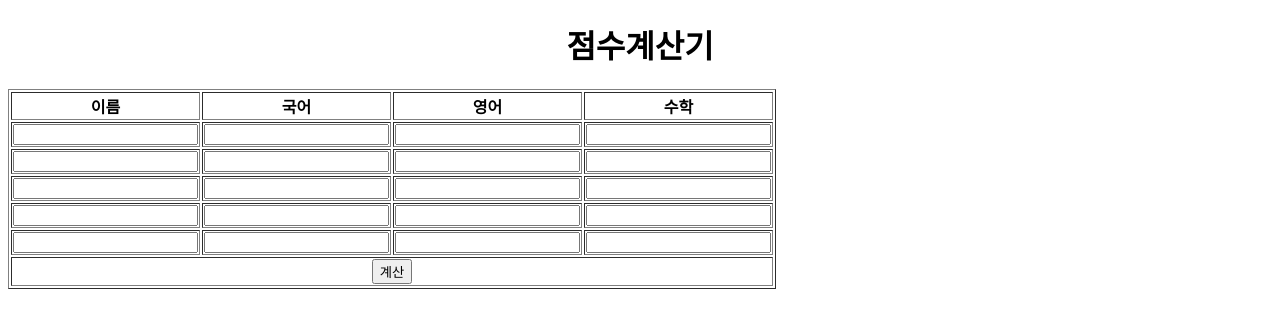
Repository: hjh5217/newJSP
Page: http://localhost/jspProj/subject/sumAvg.jsp
An editor plug-in stored every save of this project. The page is shown before and after the next save, followed by the edit.
The browser window is 1280 px wide. The pictures show the whole page.
The page is served by Tomcat 9.

Above is the page before, as saved 2023-07-27 08:08:23.

After the next save:
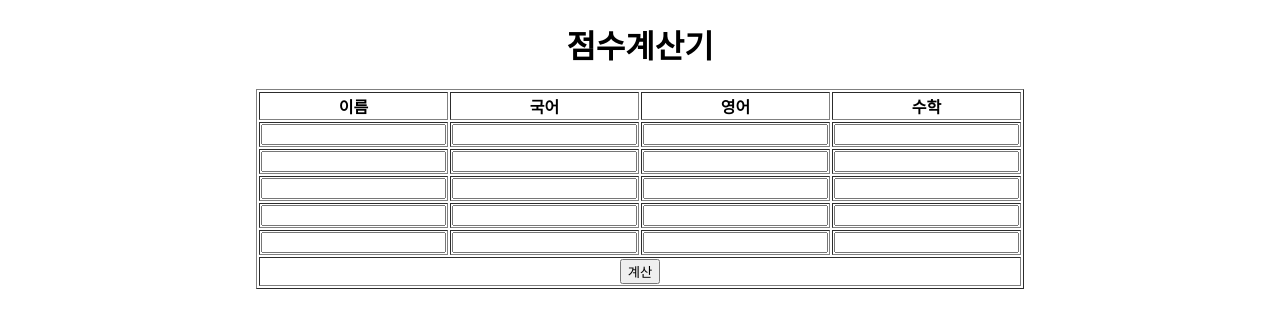
Saved 10 s later.
--- a/jspProj/src/main/webapp/subject/sumAvg.jsp
+++ b/jspProj/src/main/webapp/subject/sumAvg.jsp
@@ -8,8 +8,8 @@
 </head>
 <body>
 	<h1 align="center">점수계산기</h1>
-	<form action="avgProcess.jsp" align="center">
-		<table border="">
+	<form action="avgProcess.jsp" >
+		<table border="" align="center">
 			<tr>
 				<th>이름</th>
 				<th>국어</th>
